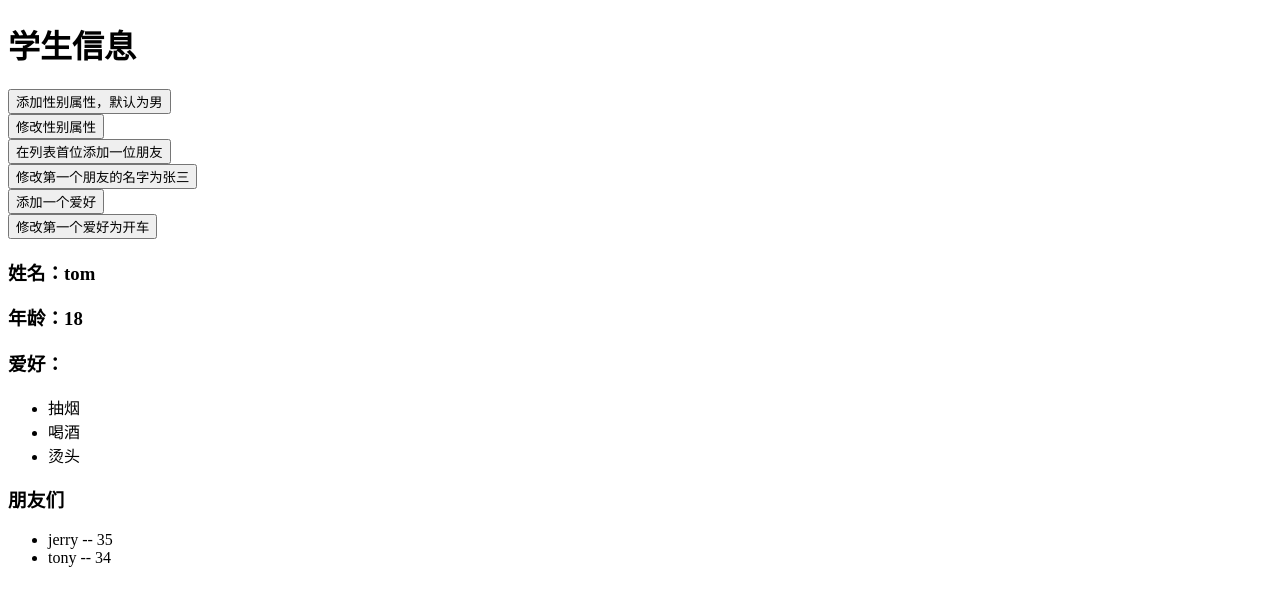
Repository: Lconfident/Learning_Process
Page: Vue/vue_basic/12_列表渲染/10.总结Vue数据监测.html
These files come from the project's save history. The page is drawn as it stood at one moment and after the next save; the edit follows.
The browser window is 1280 px wide. The pictures show the whole page.

Above is the page before, as saved 2023-07-22 09:31:43.

After the next save:
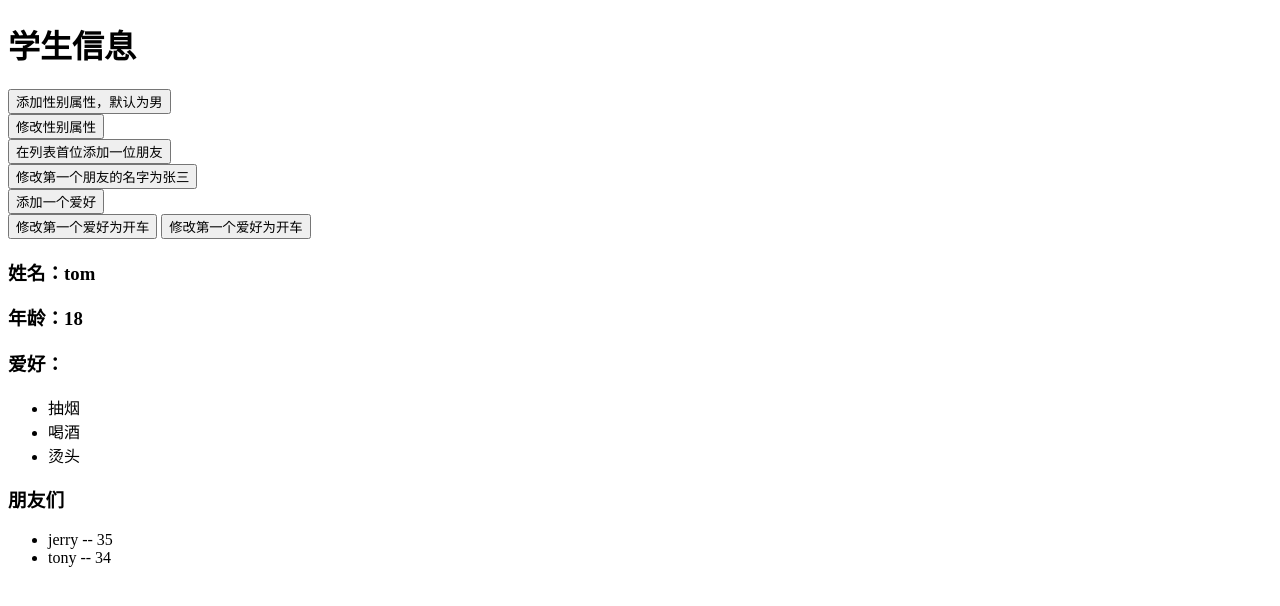
Saved 108 s later.
--- a/Vue/vue_basic/12_列表渲染/10.总结Vue数据监测.html
+++ b/Vue/vue_basic/12_列表渲染/10.总结Vue数据监测.html
@@ -21,6 +21,7 @@
         <button @click="updateFirstFriendName">修改第一个朋友的名字为张三</button><br>
 
         <button @click="addHobby">添加一个爱好</button><br>
+        <button @click="updateFirstHobbby">修改第一个爱好为开车</button>
         <button @click="updateFirstHobbby">修改第一个爱好为开车</button>
 
         <h3>姓名：{{student.name}}</h3>
